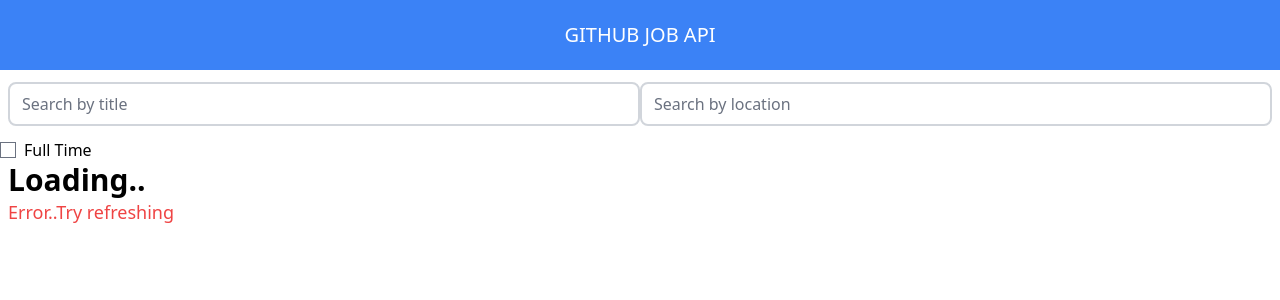
Repository: ShamroOoz/Github-job-api-React-Tailwind
Page: /
These files come from the project's save history. The page is drawn as it stood at one moment and after the next save; the edit follows.
The browser window is 1280 px wide. The pictures show the whole page.
The page's requests for data from a server got no answer. The project was rebuilt for these pictures with package versions that can differ from the ones it lists, and the page was loaded fresh each time. No one was signed in, and anything a server would have sent is missing. Also part of the build but not shown: craco.config.js.

Above is the page before, as saved 2021-03-21 16:45:40.

After the next save:
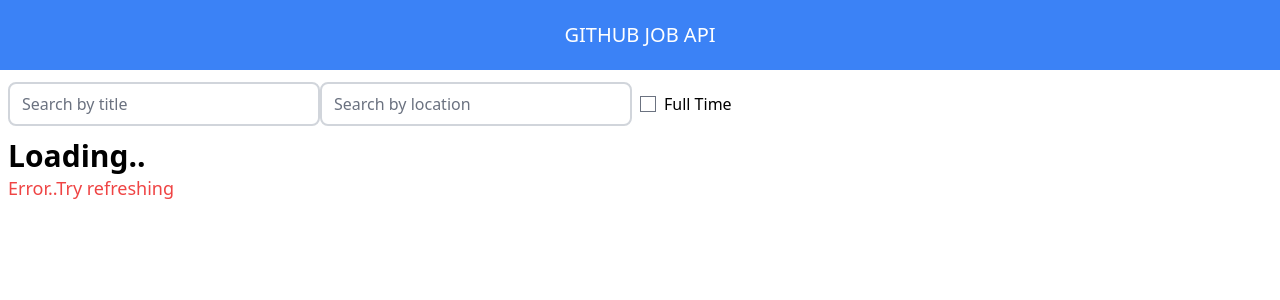
Saved 22 s later.
--- a/src/components/SearchForm.js
+++ b/src/components/SearchForm.js
@@ -4,7 +4,7 @@
   return (
     <form>
       <div className="grid grid-cols-2  ">
-        <div className="py-3 px-2 col-span-2 flex  ">
+        <div className="py-3 px-2 col-span-1/2 flex  ">
           <input
             className="text-style"
             type="text"
